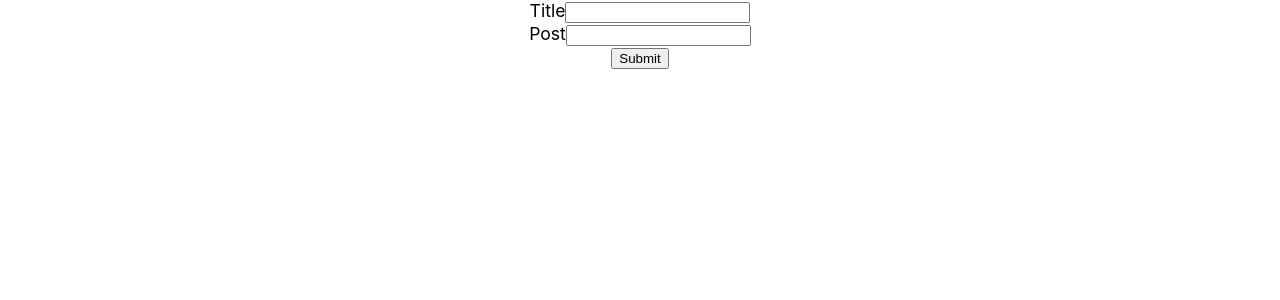
Repository: User826/Recipe
Page: /users (app in recipe_project/)
An editor plug-in stored every save of this project. The page is shown before and after the next save, followed by the edit.
The browser window is 1280 px wide. The pictures show the whole page.
The project was rebuilt for these pictures with package versions that can differ from the ones it lists, and the page was loaded fresh each time. The framework's server and built-in components were replaced by stand-ins that run in the browser. Also part of the build but not shown: recipe_project/next.config.js.

Above is the page before, as saved 2022-11-28 10:27:01.

### recipe_project/pages/users.js
import { useState } from "react";
import styles from './users.module.css'

const Post = () => {
  const [title, setTitle] = useState("");
  const [post, setPost] = useState("");

  function handleSubmit(e) {
    e.preventDefault();
    const postData = async () => {
      const data = {
        title: title,
        post: post,
      };

      const response = await fetch("/api/post", {
        method: "POST",
        body: JSON.stringify(data),
      });
      return response.json();
    };
    postData().then((data) => {
      alert(data.message);
    });
  }

  return (
    <form onSubmit={handleSubmit} className = {styles.form}>
      <div>
        <label htmlFor="Title">Title</label>
        <input
          id="title"
          type="text"
          value={title}
          onChange={(e) => setTitle(e.target.value)}
        />
      </div>
      <div>
        <label htmlFor="post">Post</label>
        <input
          id="post"
          type="text"
          value={post}
          onChange={(e) => setPost(e.target.value)}
        />
      </div>
      <button type="submit">Submit</button>
    </form>
  );
};

export default Post;

### recipe_project/pages/users.module.css
.form {
  font-family: -apple-system, BlinkMacSystemFont, Segoe UI, Roboto, Oxygen,
    Ubuntu, Cantarell, Fira Sans, Droid Sans, Helvetica Neue, sans-serif;
  font-size: 1.1rem;
  text-align: center;
}

Loaded but not shown: recipe_project/pages/_app.js (common file); recipe_project/styles/globals.css (common file)

After the next save:
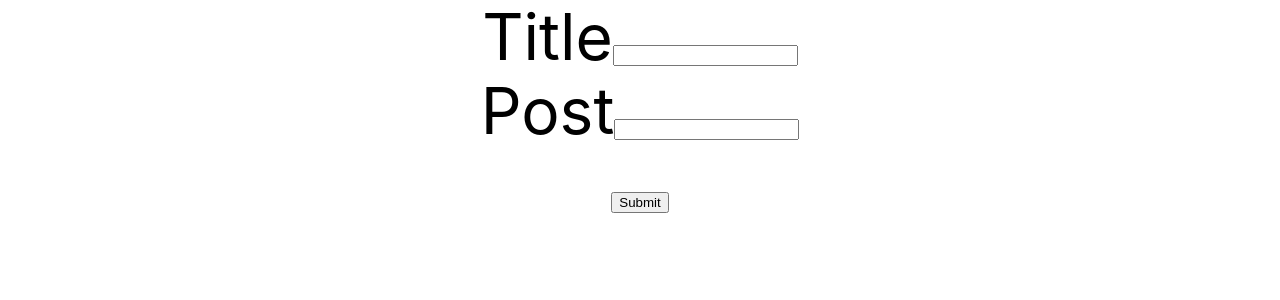
Saved 32 min 58 s later.
--- a/recipe_project/pages/users.module.css
+++ b/recipe_project/pages/users.module.css
@@ -1,6 +1,8 @@
 .form {
   font-family: -apple-system, BlinkMacSystemFont, Segoe UI, Roboto, Oxygen,
     Ubuntu, Cantarell, Fira Sans, Droid Sans, Helvetica Neue, sans-serif;
-  font-size: 1.1rem;
   text-align: center;
+  margin: 0;
+  line-height: 1.15;
+  font-size: 4rem;
 }
